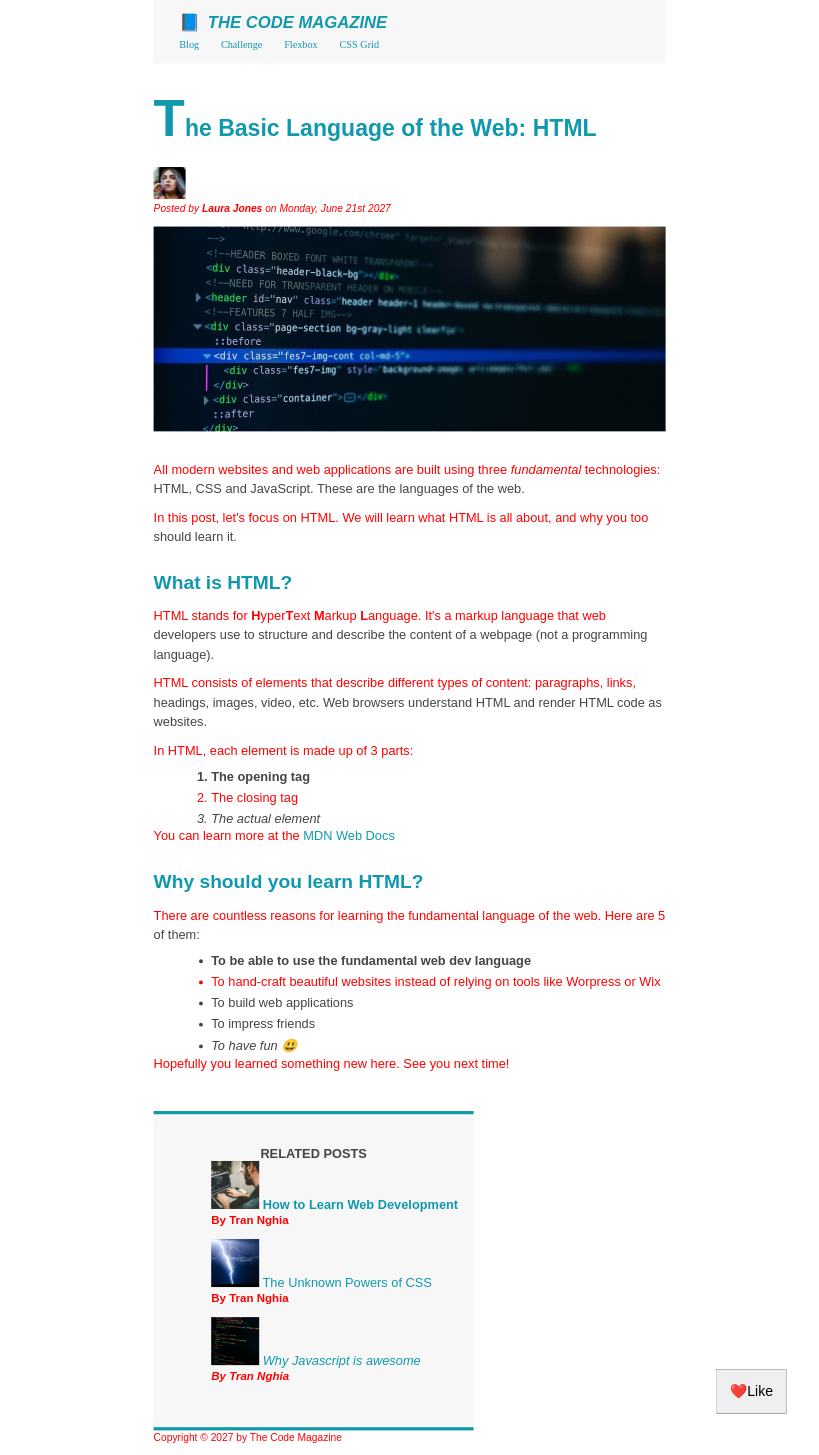
Repository: nghiakma/HTML-CSS-Fundamental
Page: HTML/index.html
These files come from the project's save history. The page is drawn as it stood at one moment and after the next save; the edit follows.
The browser window is 1280 px wide. The pictures show the whole page, at 64% of full size.

Above is the page before, as saved 2023-08-22 12:58:47.

After the next save:
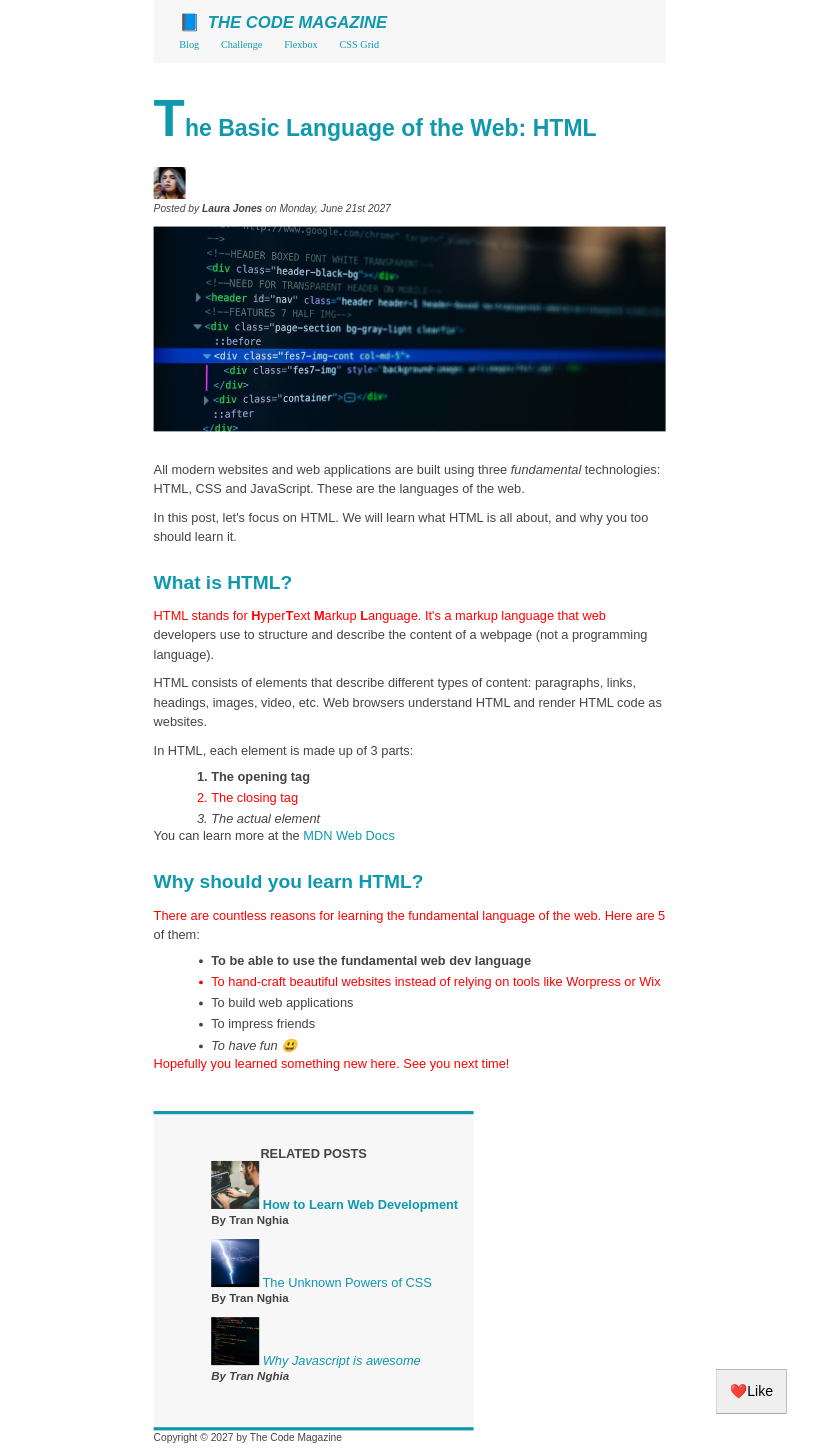
Saved 11 s later.
--- a/CSS/index.css
+++ b/CSS/index.css
@@ -50,7 +50,7 @@
   line-height: 1.5;
   margin-bottom: 15px;
 }
-p::first-line {
+h3 + p::first-line {
   color: red;
 }
 ul,

After the save that followed:
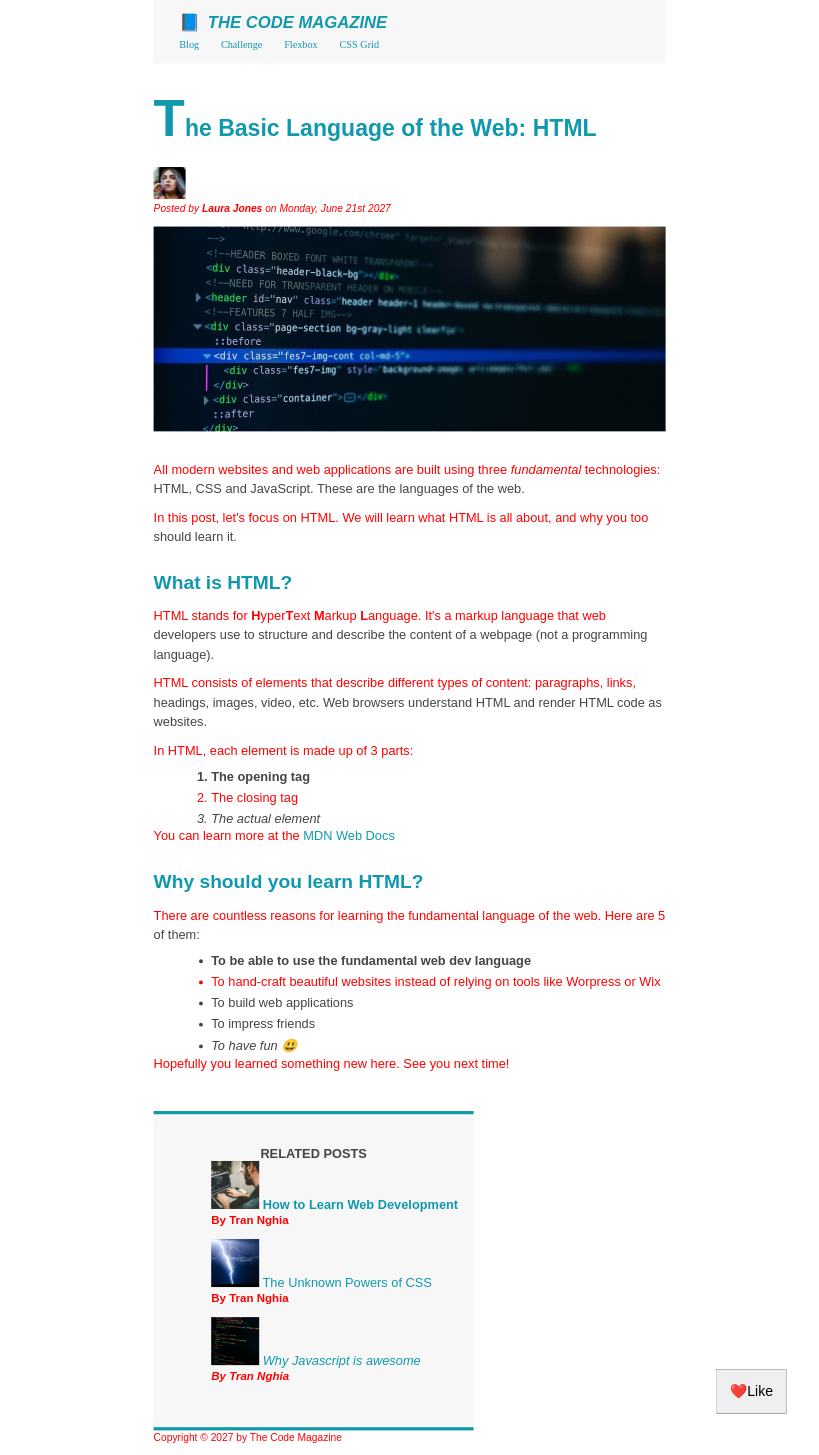
Saved 7 s later.
--- a/CSS/index.css
+++ b/CSS/index.css
@@ -50,7 +50,7 @@
   line-height: 1.5;
   margin-bottom: 15px;
 }
-h3 + p::first-line {
+p::first-line {
   color: red;
 }
 ul,
